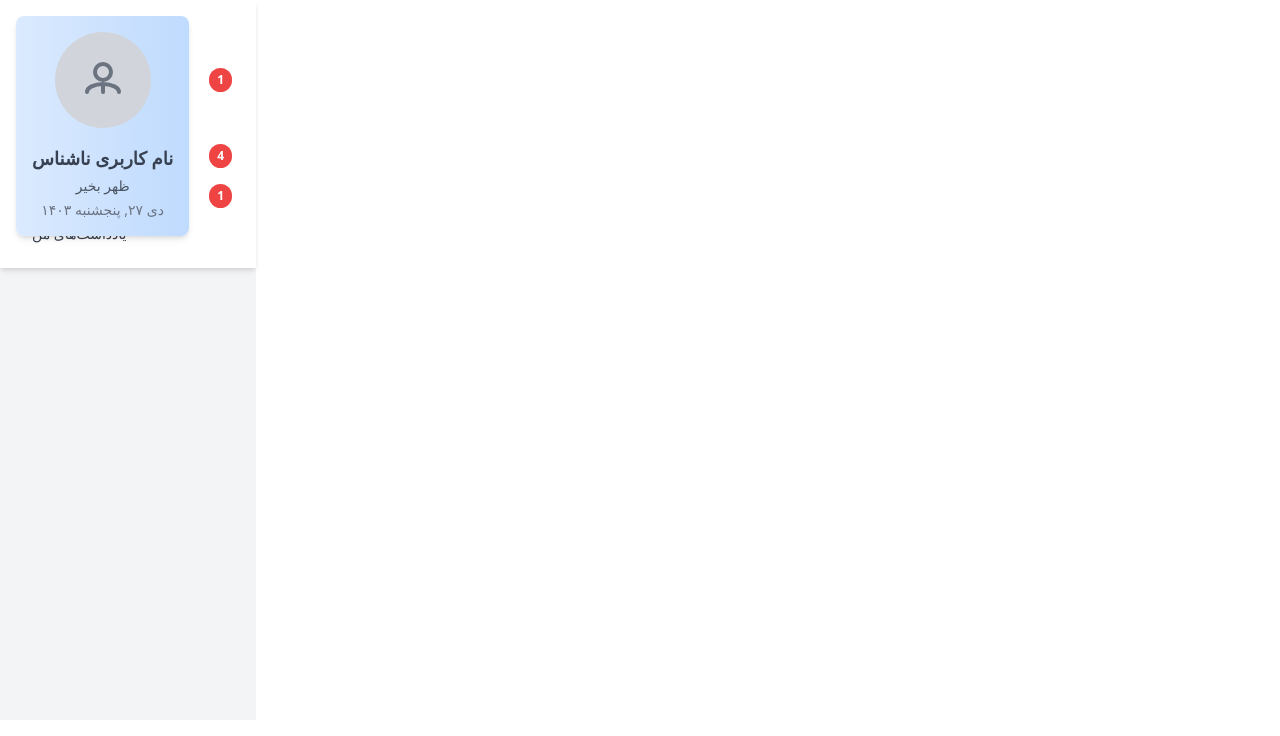
Repository: spnovaa/work-hive
Page: / (app in front_end/)
An editor plug-in stored every save of this project. The page is shown before and after the next save, followed by the edit.
The browser window is 1280 px wide. The pictures show the whole page.
The page's requests for data from a server got no answer. The project was rebuilt for these pictures with package versions that can differ from the ones it lists, and the page was loaded fresh each time. No one was signed in, and anything a server would have sent is missing. Also part of the build but not shown: front_end/src/api/auth.js, front_end/src/pages/login.jsx, front_end/src/pages/registration.jsx, front_end/src/components/profile/dropdown.jsx, front_end/src/components/project/projectCardComponent.jsx, front_end/src/components/loadingSpinner.jsx, front_end/src/components/project/projectDashboard.jsx, front_end/src/components/project/projectDetails.jsx and 1 more.

Above is the page before, as saved 2025-01-16 22:13:30.

### front_end/src/index.js
import React from 'react';
import ReactDOM from 'react-dom/client'; // Import from 'react-dom/client' for React 18+
import './styles/globals.css';
import App from './App';

// Create a root element for rendering the React application
const root = ReactDOM.createRoot(document.getElementById('root'));

// Use the new `render` method for React 18+
root.render(
  <React.StrictMode>
    <App />
  </React.StrictMode>
);

### front_end/src/App.jsx
import React from 'react';
import { BrowserRouter as Router, Routes, Route } from 'react-router-dom';
import Login from './pages/login';
import Registration from './pages/registration';
import Home from './pages/home';
import ProjectsDashboard from './components/project/projectDashboard.jsx';
import ProjectDetails from './components/project/projectDetails.jsx';
import NewProject from './components/project/newProject.jsx';
import DashboardSidebar from './components/dashboardSidebar';
function App() {
  return (
    <Router>
      <div className="flex h-screen">
        <div className="w-64 bg-gray-100">
          <DashboardSidebar />
        </div>
        <div className="flex-grow p-4">
          <Routes>
            <Route path="/login" element={<Login />} />
            <Route path="/register" element={<Registration />} />
            <Route path="/" element={<Home />} />
            <Route path="/projects" element={<ProjectsDashboard />} />
            <Route path="/projects/new" element={<NewProject />} />
            <Route path="/projects/:projectId" element={<ProjectDetails />} />
          </Routes>
        </div>
      </div>
    </Router>
  );
}

export default App;

### front_end/src/pages/home.jsx
import React, { useState } from 'react';
import ProfileSection from '../components/profile/profileSection';
import { useLocation } from 'react-router-dom';
import DashboardSidebar from '../components/dashboardSidebar';
function Home() {
  const location = useLocation();
  const name = location.state?.name || "نام کاربری ناشناس";
  const [background, setBackground] = useState('bg-white');
  const handleBackgroundChange = (bg) => {
    setBackground(bg);
  };
  const getCurrentDate = () => {
    const options = { weekday: 'long', year: 'numeric', month: 'long', day: 'numeric' };
    return new Date().toLocaleDateString('fa-IR', options); // Persian calendar format
  };
  return (
    <div className={`h-screen ${background} p-4`}>
      <div className="absolute top-4 left-4">
        <ProfileSection
          name={name}
          greeting="ظهر بخیر"
          date={getCurrentDate()}
          onBackgroundChange={handleBackgroundChange}
        />
      </div>
    </div>
  );
}

export default Home;

### front_end/src/components/dashboardSidebar.jsx
import React from 'react';
import { useNavigate } from 'react-router-dom';

function SidebarItem({ icon, label, notificationCount, onClick }) {
    return (
        <div
            className="flex items-center justify-between p-2 hover:bg-gray-100 rounded-md cursor-pointer"
            onClick={onClick}
        >
            <div className="flex items-center">
                <span className="text-lg text-gray-700 mr-2">{icon}</span>
                <span className="text-gray-700 text-sm font-medium">{label}</span>
            </div>
            {notificationCount > 0 && (
                <span className="bg-red-500 text-white text-xs font-bold rounded-full px-2 py-1">
                    {notificationCount}
                </span>
            )}
        </div>
    );
}

function DashboardSidebar() {
    const navigate = useNavigate();

    const handleNavigation = (path) => {
        navigate(path);
    };

    return (
        <div className="w-64 bg-white shadow-md p-4">
            <h2 className="text-gray-800 text-lg font-bold mb-4">داشبورد</h2>
            <SidebarItem
                icon={<i className="fas fa-comments" />}
                label="گفتگو"
                notificationCount={1}
                onClick={() => handleNavigation('/conversations')}
            />
            <SidebarItem
                icon={<i className="fas fa-folder-open" />}
                label="پروژه‌ها"
                notificationCount={0}
                onClick={() => handleNavigation('/projects')}
            />
            <SidebarItem
                icon={<i className="fas fa-tasks" />}
                label="وظایف"
                notificationCount={4}
                onClick={() => handleNavigation('/tasks')}
            />
            <SidebarItem
                icon={<i className="fas fa-envelope" />}
                label="نامه‌ها"
                notificationCount={1}
                onClick={() => handleNavigation('/letters')}
            />
            <SidebarItem
                icon={<i className="fas fa-sticky-note" />}
                label="یادداشت‌های من"
                notificationCount={0}
                onClick={() => handleNavigation('/notes')}
            />
        </div>
    );
}

export default DashboardSidebar;

### front_end/src/components/profile/profileSection.jsx
import React, { useState, useEffect, useRef } from 'react';
import ProfileDropdown from './dropdown.jsx';

const ProfileSection = ({ name, greeting, date, onBackgroundChange }) => {
  const [isDropdownOpen, setIsDropdownOpen] = useState(false);
  const dropdownRef = useRef(null);

  const toggleDropdown = () => {
    setIsDropdownOpen((prev) => !prev);
  };

  // Close dropdown when clicking outside
  useEffect(() => {
    const handleClickOutside = (event) => {
      if (dropdownRef.current && !dropdownRef.current.contains(event.target)) {
        setIsDropdownOpen(false);
      }
    };

    document.addEventListener('mousedown', handleClickOutside);
    return () => {
      document.removeEventListener('mousedown', handleClickOutside);
    };
  }, []);

  return (
    <div className="relative">
  {/* Profile Section */}
  <div
    className={`relative z-0 p-4 bg-gradient-to-r from-blue-100 to-blue-200 rounded-lg shadow-md max-w-xs cursor-pointer ${
      isDropdownOpen ? 'hidden' : ''
    }`}
    onClick={toggleDropdown}
  >
    <div className="flex flex-col items-center">
      <div className="bg-gray-300 w-24 h-24 rounded-full flex items-center justify-center mb-4">
        <svg
          xmlns="http://www.w3.org/2000/svg"
          className="h-12 w-12 text-gray-500"
          fill="none"
          viewBox="0 0 24 24"
          stroke="currentColor"
        >
          <path
            strokeLinecap="round"
            strokeLinejoin="round"
            strokeWidth="2"
            d="M12 12c2.21 0 4-1.79 4-4s-1.79-4-4-4-4 1.79-4 4 1.79 4 4 4zM12 14c-4.418 0-8 1.79-8 4m8-4c4.418 0 8 1.79 8 4m-8-4v4"
          />
        </svg>
      </div>
      <h2 className="text-lg font-semibold text-gray-700">{name}</h2>
      <p className="text-sm text-gray-600 mt-1">{greeting}</p>
      <p className="text-sm text-gray-500 mt-1">{date}</p>
    </div>
  </div>

  {/* Dropdown */}
  {isDropdownOpen && (
    <div
      ref={dropdownRef}
      className="absolute top-0 left-0  bg-white rounded-lg shadow-lg p-4 w-full"
    >
      <ProfileDropdown onBackgroundChange={onBackgroundChange} />
    </div>
  )}
</div>

  );
};

export default ProfileSection;

Loaded but not shown: front_end/public/index.html (common file); front_end/src/styles/globals.css (common file); front_end/tailwind.config.js (common file)

After the next save:
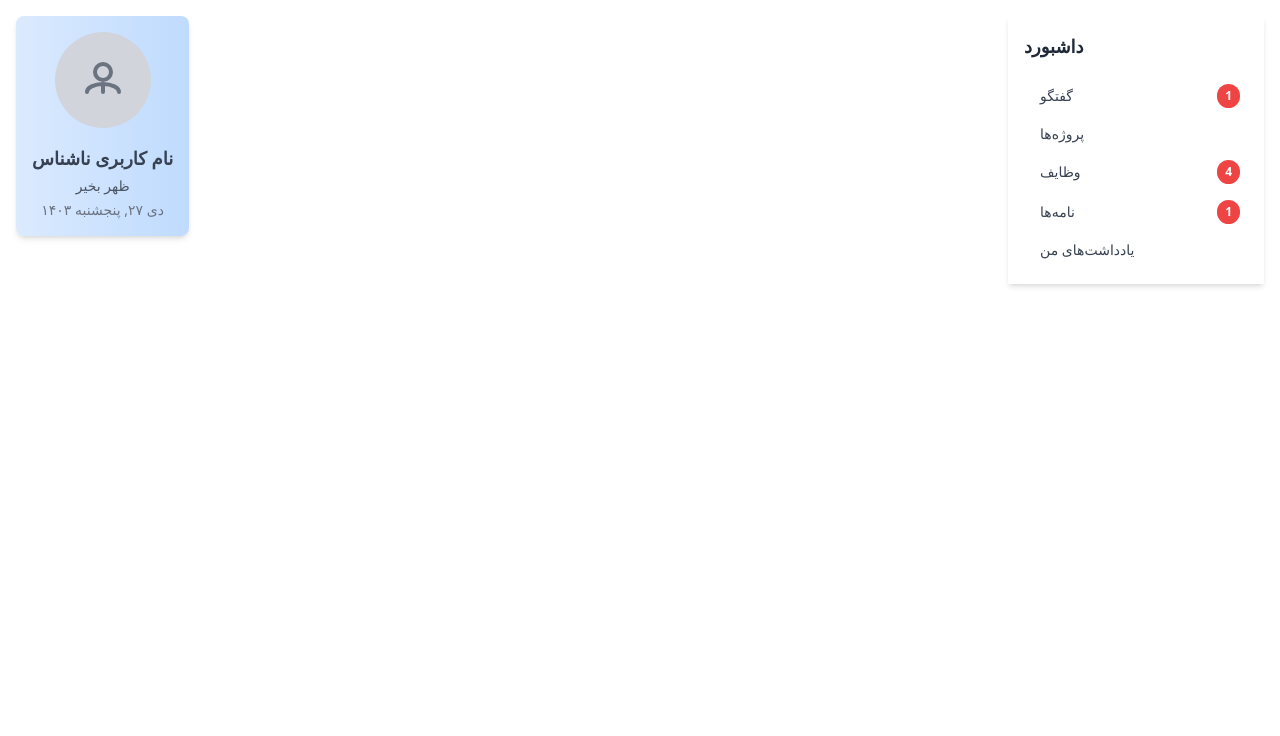
Saved 35 s later.
--- a/front_end/src/App.jsx
+++ b/front_end/src/App.jsx
@@ -11,7 +11,7 @@
   return (
     <Router>
       <div className="flex h-screen">
-        <div className="w-64 bg-gray-100">
+        <div className="absolute top-4 right-4 w-64 bg-gray-100">
           <DashboardSidebar />
         </div>
         <div className="flex-grow p-4">

After the save that followed:
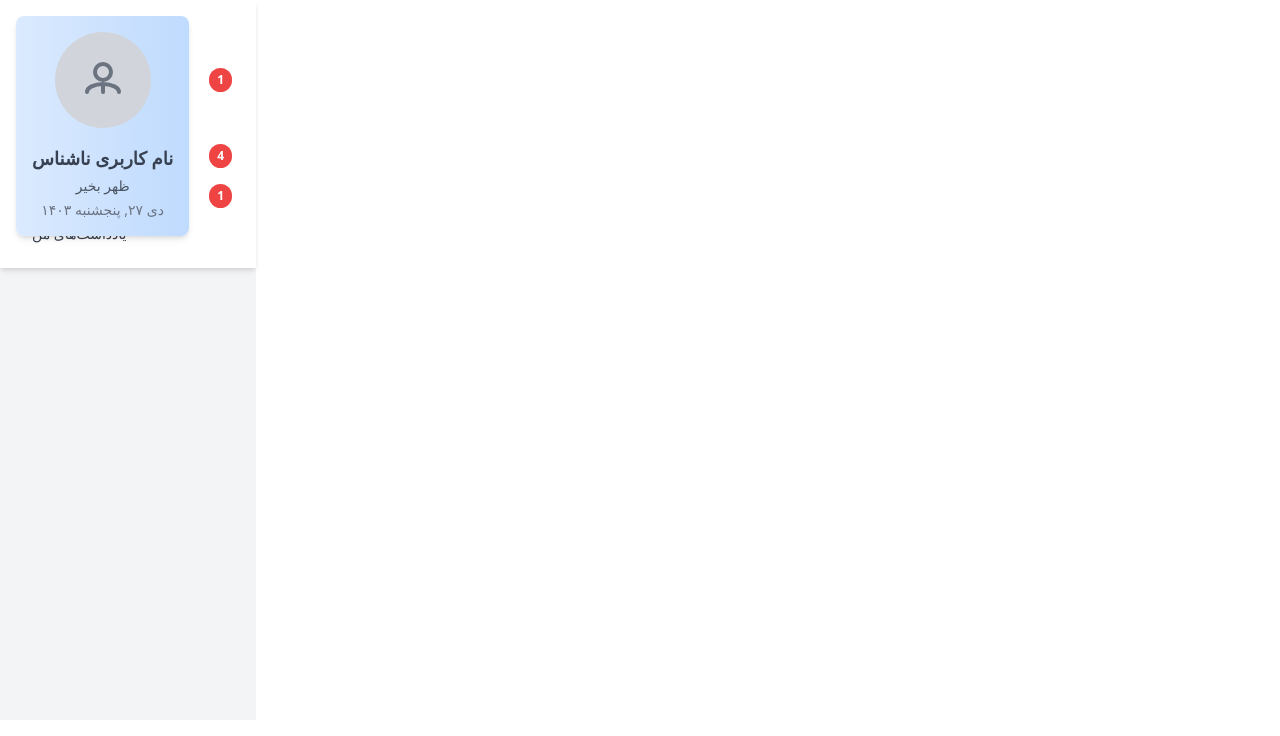
Saved 76 s later.
--- a/front_end/src/App.jsx
+++ b/front_end/src/App.jsx
@@ -7,26 +7,36 @@
 import ProjectDetails from './components/project/projectDetails.jsx';
 import NewProject from './components/project/newProject.jsx';
 import DashboardSidebar from './components/dashboardSidebar';
+// Updated App.jsx
 function App() {
   return (
     <Router>
-      <div className="flex h-screen">
-        <div className="absolute top-4 right-4 w-64 bg-gray-100">
-          <DashboardSidebar />
-        </div>
-        <div className="flex-grow p-4">
-          <Routes>
-            <Route path="/login" element={<Login />} />
-            <Route path="/register" element={<Registration />} />
-            <Route path="/" element={<Home />} />
-            <Route path="/projects" element={<ProjectsDashboard />} />
-            <Route path="/projects/new" element={<NewProject />} />
-            <Route path="/projects/:projectId" element={<ProjectDetails />} />
-          </Routes>
-        </div>
-      </div>
+      <Routes>
+        {/* Public Routes (No Sidebar) */}
+        <Route path="/login" element={<Login />} />
+        <Route path="/register" element={<Registration />} />
+
+        {/* Routes with Sidebar */}
+        <Route
+          path="*"
+          element={
+            <div className="flex h-screen">
+              <div className="w-64 bg-gray-100">
+                <DashboardSidebar />
+              </div>
+              <div className="flex-grow p-4">
+                <Routes>
+                  <Route path="/" element={<Home />} />
+                  <Route path="/projects" element={<ProjectsDashboard />} />
+                  <Route path="/projects/new" element={<NewProject />} />
+                  <Route path="/projects/:projectId" element={<ProjectDetails />} />
+                </Routes>
+              </div>
+            </div>
+          }
+        />
+      </Routes>
     </Router>
   );
 }
-
 export default App;
